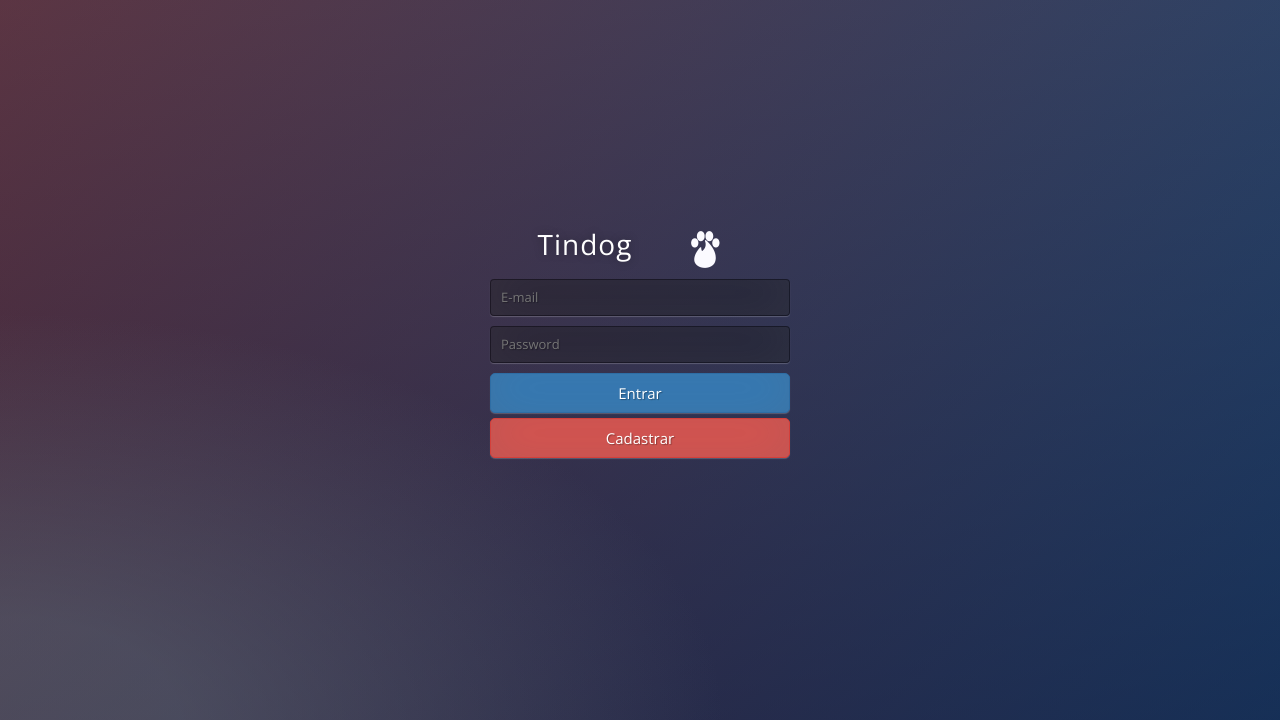
Repository: moises2112/Projetos
Page: http://localhost/Dog/LoginController.do?action=logar
These files come from the project's save history. The page is drawn as it stood at one moment and after the next save; the edit follows.
The browser window is 1280 px wide. The pictures show the whole page.
Some web libraries are served in a nearby version. The page is served by Tomcat 9.

Above is the page before, as saved 2017-06-14 00:24:56.

After the next save:
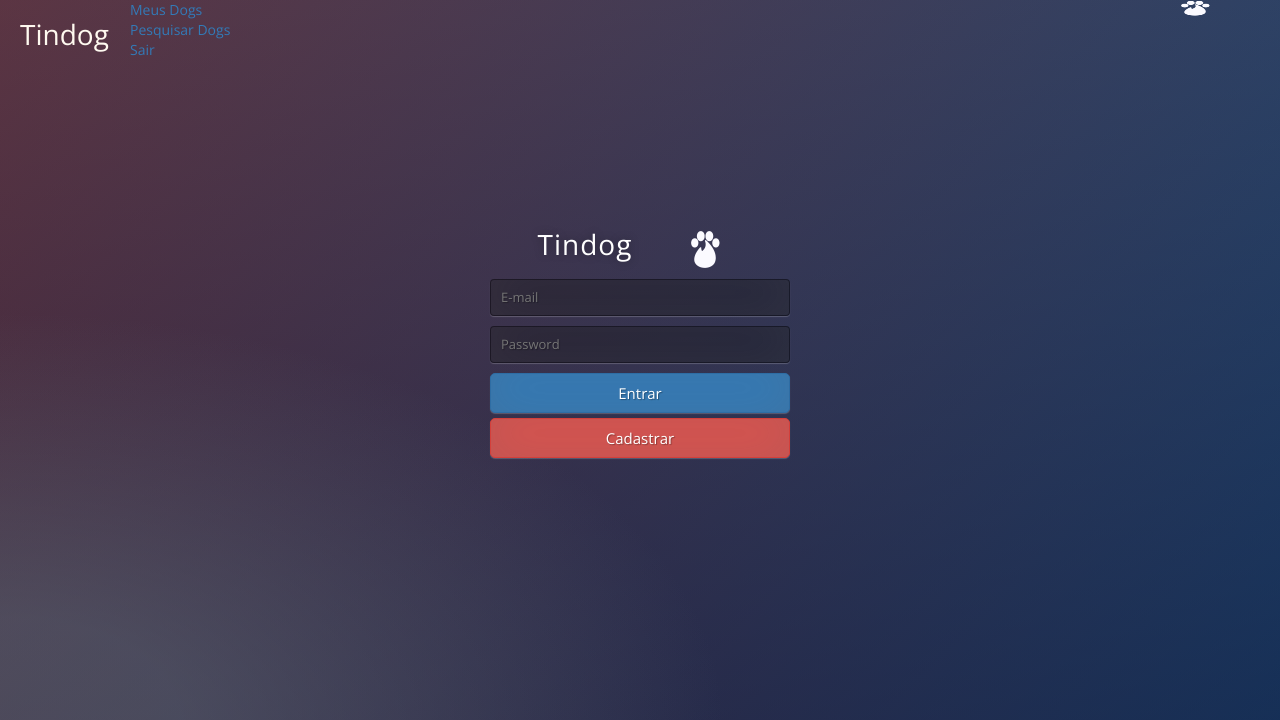
Saved 39 s later.
--- a/Dog/WebContent/login.jsp
+++ b/Dog/WebContent/login.jsp
@@ -98,7 +98,24 @@ input:focus {
 </head>
 
 <body>
-<c:import url="/WEB-INF/template/header_dog.jsp" />
+<div class="wrapper row1">
+  <header id="header" class="hoc clear">
+
+    <div id="logo" class="fl_left" style="margin-left: 20px">
+      <img id="simbolo" src="imagens/tinder_dog_white.png" height="20" width="20">
+      <h1 id='simbolo2'>Tindog</h1>
+    </div>
+
+    <nav id="mainav" class="fl_right">
+      <ul class="clear">
+        <li ><a href="index.html">Meus Dogs</a></li>
+        <li ><a href="index.html">Pesquisar Dogs</a></li>
+        <li ><a href="index.html"style=" margin-right: 15px">Sair</a></li>
+      </ul>
+    </nav>
+
+  </header>
+</div>
 	<div class="login">
 		<div>
 			<img id="simbolo" src="imagens/tinder_dog_white.png" height="50"
